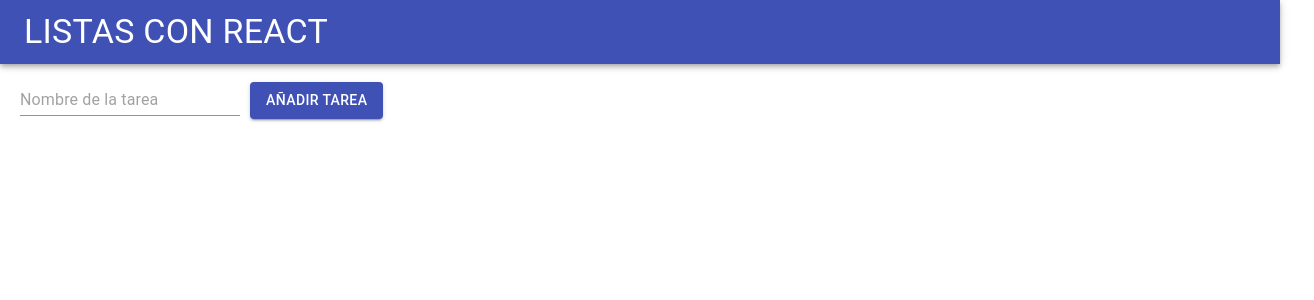
Repository: Salvaaragon/ItemListReact
Page: /
The author's editor kept a copy of each file at every save. The page is drawn from the files as they stood at one save, then again after a run of saves.
The browser window is 1280 px wide. The page is 1314 px wide, so the pictures cover 1314 px, including what lies to the right of the window. The pictures show the whole page.
The project was rebuilt for these pictures with package versions that can differ from the ones it lists, and the page was loaded fresh each time. Also part of the build but not shown: src/components/TasksListItem.tsx.

Above is the page before, as saved 2019-08-04 12:05:08.

### src/App.tsx
import React, { Component } from 'react';
import { Task } from './models/task';
import { NewTaskForm } from './components/NewTaskForm';
import { TasksList } from './components/TaskList';
import AppBar from '@material-ui/core/AppBar';
import Toolbar from '@material-ui/core/Toolbar';
import Typography from '@material-ui/core/Typography';

interface State {
	newTask: Task;
	tasks: Task[];
}

class App extends Component<{}, State> {

	private addTask = (event: React.FormEvent<HTMLFormElement>) => {
		event.preventDefault();

		this.setState(previousState => ({
			newTask: {
				id: previousState.newTask.id + 1,
				name: ""
			},
			tasks: [...previousState.tasks, previousState.newTask]
		}));
	};

	private handleTaskChange = (event: React.ChangeEvent<HTMLInputElement>) => {
		this.setState({
			newTask: {
				...this.state.newTask,
				name: event.target.value
			}
		});
	};

	private deleteTask = (taskToDelete: Task) => {
		this.setState(previousState => ({
			tasks: [
				...previousState.tasks.filter(task => task.id !== taskToDelete.id)
			]
		}));
	};


	state = {
		newTask: {
			id: 1,
			name: ""
		},
		tasks: []
	}

	render() {
		return(
			<div>
				<AppBar position="static" color="primary">
					<Toolbar>
						<Typography variant="h4" color="inherit">
							LISTAS CON REACT
						</Typography>
					</Toolbar>
				</AppBar>
				<NewTaskForm
					task={this.state.newTask}
					onAdd={this.addTask}
					onChange={this.handleTaskChange}
				/>
				<TasksList tasks={this.state.tasks} onDelete={this.deleteTask}/>
			</div>
		)
	}
}

export default App;

### src/components/NewTaskForm.tsx
import React, { FunctionComponent } from "react";
import { Task } from "../models/task";
import ReactDOM from 'react-dom';
import Button from '@material-ui/core/Button';
import Input from '@material-ui/core/Input';
import Grid from '@material-ui/core/Grid';

var myStyle = {
    margin: "10px",
};

interface Props {
    onChange: (event: React.ChangeEvent<HTMLInputElement>) => void;
    onAdd: (event: React.FormEvent<HTMLFormElement>) => void;
    task: Task;
}

export const NewTaskForm: FunctionComponent<Props> = ({
    onChange,
    onAdd,
    task,
}) => (
    <Grid container spacing={3} style={myStyle}>
        <form onSubmit={onAdd}>
            <Input onChange={onChange} value={task.name} style={myStyle} placeholder="Nombre de la tarea"/>
            <Button variant="contained" color="primary" type="submit">Añadir tarea</Button>
        </form>
    </Grid>
);

### src/components/TaskList.tsx
import React, { FunctionComponent } from "react";
import List from '@material-ui/core/List';

import { Task } from "../models/task";
import { TaskListItem } from "./TasksListItem";

interface Props {
  tasks: Task[];
  onDelete: (task: Task) => void;
}

export const TasksList: FunctionComponent<Props> = ({ tasks, onDelete }) => (
    <List component="nav" aria-label="main mailbox folders">
        {tasks.map(task => (
        <TaskListItem task={task} onDelete={onDelete} />
        ))}
    </List>
);

Loaded but not shown: public/index.html (common file); src/index.tsx (common file); src/index.css (common file); src/serviceWorker.ts (common file)

After the next 2 saves:
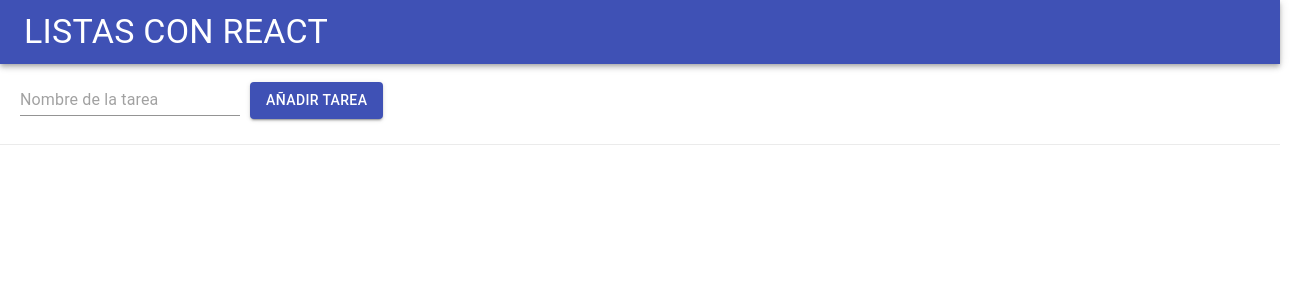
The 2 saves are shown as one change because 1 did not build or start.
The last was saved 33 s later.
--- a/src/components/TaskList.tsx
+++ b/src/components/TaskList.tsx
@@ -1,5 +1,6 @@
 import React, { FunctionComponent } from "react";
 import List from '@material-ui/core/List';
+import Divider from '@material-ui/core/Divider';
 
 import { Task } from "../models/task";
 import { TaskListItem } from "./TasksListItem";
@@ -14,5 +15,6 @@
         {tasks.map(task => (
         <TaskListItem task={task} onDelete={onDelete} />
         ))}
+        <Divider light />
     </List>
 );

After the save that followed:
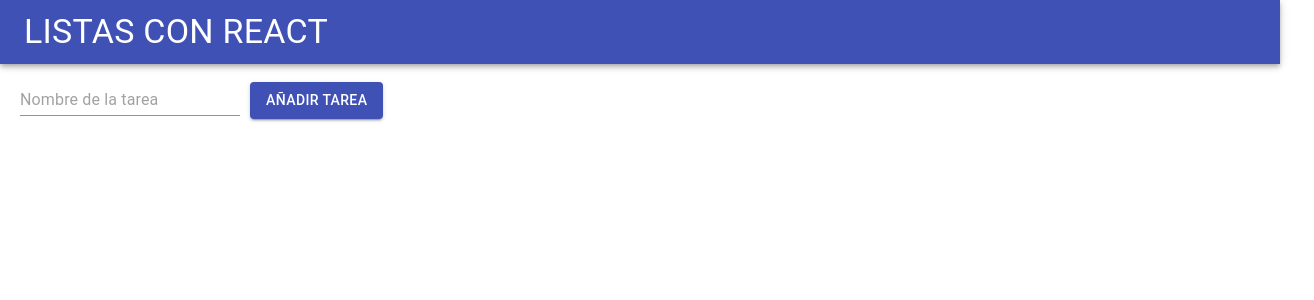
Saved 27 s later.
--- a/src/components/TaskList.tsx
+++ b/src/components/TaskList.tsx
@@ -1,6 +1,5 @@
 import React, { FunctionComponent } from "react";
 import List from '@material-ui/core/List';
-import Divider from '@material-ui/core/Divider';
 
 import { Task } from "../models/task";
 import { TaskListItem } from "./TasksListItem";
@@ -15,6 +14,5 @@
         {tasks.map(task => (
         <TaskListItem task={task} onDelete={onDelete} />
         ))}
-        <Divider light />
     </List>
 );
